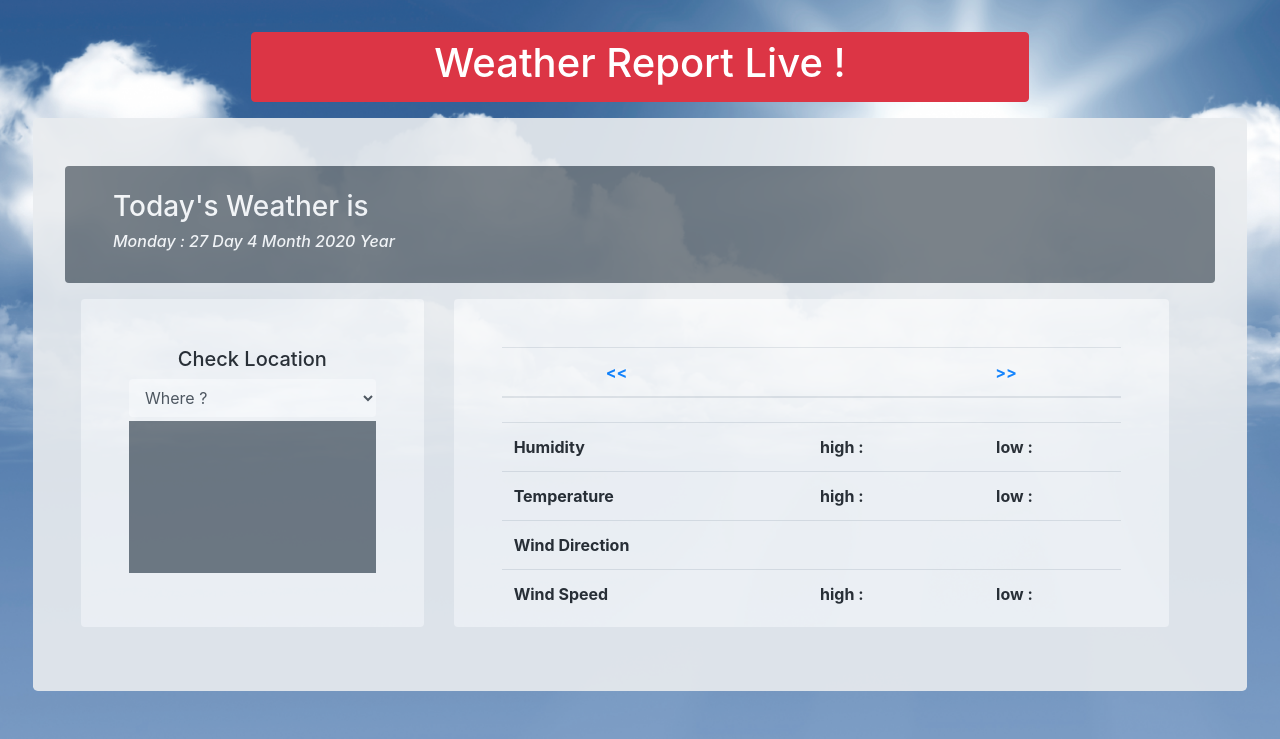
Repository: Code-Institute-Submissions/projectchen88-weatherForecast
Page: index.html
The author's editor kept a record of every edit. The page is drawn from the files as they stood at one moment, then again after the next edit.
The browser window is 1280 px wide. The pictures show the whole page.
The page's requests for data from a server got no answer.

Above is the page before.
Console error (its wording comes from the project's code and is left out).

### index.html
<!doctype html>
<html lang="en">

<head>
    <!-- Required meta tags -->
    <meta charset="utf-8">
    <meta name="viewport" content="width=device-width, initial-scale=1, shrink-to-fit=no">
    <!--AXIOS link-->
    <script src="https://unpkg.com/axios/dist/axios.min.js"></script>
    <!-- Bootstrap CSS -->
    <link rel="stylesheet" href="https://stackpath.bootstrapcdn.com/bootstrap/4.4.1/css/bootstrap.min.css" integrity="sha384-Vkoo8x4CGsO3+Hhxv8T/Q5PaXtkKtu6ug5TOeNV6gBiFeWPGFN9MuhOf23Q9Ifjh" crossorigin="anonymous">
    <!--Font Awesome-->
    <link rel="stylesheet" href="https://cdnjs.cloudflare.com/ajax/libs/font-awesome/4.7.0/css/font-awesome.min.css">
    <!--Custom CSS-->
    <link rel="stylesheet" href="styles/style.css" type="text/css" />
    <title>Hello, world!</title>
</head>

<body>
    <main id='main-page' class='container-fluid px-5 py-3'>
        <!--Header-->
        <div class="row">
            <div class="col-md-8 col-12 p-3 mx-auto">
                <span class='btn btn-danger w-100'><h1>Weather Report Live ! </h1></span>
            </div>
        </div>

        <!--Current Weather -->
        <div class="row jumbotron py-5">
            <div class="col-12 px-5 py-4 bg-secondary text-light rounded">
                <h3>Today's Weather is <span id='status'></span></h3>
                <h6 id='dateToday' class='font-italic'></h6>
            </div>
            <div id='display-section' class="col-12 p-3">
                <div class="box row">
                    <!--Check and display weather of location selected-->
                    <div class="box col-md-4 col-12 mx-auto text-center">
                        <div class="box p-5 bg-light rounded">
                            <h5>Check Location</h5>
                            <div>
                                <select class='form-control border-0' id="select">
                                    <option>Where ?</option>
                                </select>
                            </div>
                            <div class='mt-1 p-2 bg-secondary'>
                                <!--<p id='weather' class='font-bolder text-light'></p>   -->
                                <p class='p-5 bg-secondary text-light rounded font-weight-bolder' id='weather'>&nbsp</p>

                            </div>
                        </div>
                    </div>

                    <!--Display 4 days forecast-->
                    <div class="box col-md-8 col-12 mx-auto text-center">
                        <div class="box p-5 bg-light rounded">
                            <table class='table table-stripe '>
                                                <thead>
                                                    <tr>
                                                        <th colspan='5'>
                                                            <div class='d-flex justify-content-around'>
                                                            <div id='prev-day' class='text-primary'> << </div>
                                                            <span id='forecast-title'></span>
                                                            <div id='next-day' class='text-primary'> >> </div>
                                                            </div>
                                                        </th>
                                                    </tr>
                                                </thead>
                                                <tbody>
                                                    <tr>
                                                        <td id='forecast' colspan='5'></td>
                                                    </tr>
                                                    <tr>
                                                        <th class='text-left'>Humidity</th>
                                                        <th>high :</th>
                                                        <td id='humidity-high'></td>
                                                        <th>low :</th>
                                                        <td id='humidity-low'></td>
                                                    </tr>
                                                    <tr>
                                                        <th class='text-left'>Temperature</th>
                                                        <th>high :</th>
                                                        <td id='temperature-high'></td>
                                                        <th>low :</th>
                                                        <td id='temperature-low'></td>
                                                    </tr>
                                                    <tr>
                                                        <th class='text-left'>Wind Direction</th>
                                                        <td id='wind-direction' colspan='4'></td>
                                                    </tr>
                                                    <tr>
                                                        <th class='text-left'>Wind Speed</th>
                                                        <th>high :</th>
                                                        <td id='wind-speed-high'></td>
                                                        <th>low :</th>
                                                        <td id='wind-speed-low'></td>
                                                    </tr>
                                                </tbody>

                                            </table>
                        </div>


                    </div>
                </div>
            </div>


    </main>


    <!-- Optional JavaScript -->
    <!-- jQuery first, then Popper.js, then Bootstrap JS -->
    <script src="https://code.jquery.com/jquery-3.4.1.js" integrity="sha256-WpOohJOqMqqyKL9FccASB9O0KwACQJpFTUBLTYOVvVU=" crossorigin="anonymous"></script>
    <script src="https://cdn.jsdelivr.net/npm/popper.js@1.16.0/dist/umd/popper.min.js" integrity="sha384-Q6E9RHvbIyZFJoft+2mJbHaEWldlvI9IOYy5n3zV9zzTtmI3UksdQRVvoxMfooAo" crossorigin="anonymous"></script>
    <script src="https://stackpath.bootstrapcdn.com/bootstrap/4.4.1/js/bootstrap.min.js" integrity="sha384-wfSDF2E50Y2D1uUdj0O3uMBJnjuUD4Ih7YwaYd1iqfktj0Uod8GCExl3Og8ifwB6" crossorigin="anonymous"></script>
    <!--Custom JS script-->
    <script type="text/javascript" src="scripts/script.js"></script>
</body>

</html>

### scripts/script.js
/*  global $ axios */

var source1 = "https://api.data.gov.sg/v1/environment/2-hour-weather-forecast"
var source2 = "https://api.data.gov.sg/v1/environment/4-day-weather-forecast"
var forecastData =[]
var tempData =[]
var option =[]
var status


//AXIO TO GET DATA FROM JSON FILE (local)
function getForecast(callback) {
  axios.get(source1)
    .then(function(response) {
      let result = response.data;
      console.log(result)
      callback(result)
    })
}
function getTemp(callback) {
  axios.get(source2)
    .then(function(response) {
      let result = response.data.items[0].forecasts;
      console.log(result)
      callback(result)
    })
}
function displayDailyForecast( day ) {
  document.getElementById("forecast-title").innerHTML="Weather Forecast for date : " +tempData[day].date
  document.getElementById("forecast").innerHTML=tempData[day].forecast
  document.getElementById("humidity-high").innerHTML=tempData[day].relative_humidity.high
  document.getElementById("humidity-low").innerHTML=tempData[day].relative_humidity.low
  document.getElementById("temperature-high").innerHTML=tempData[day].temperature.high
  document.getElementById("temperature-low").innerHTML=tempData[day].temperature.low
  document.getElementById("wind-direction").innerHTML="The wind will be blowing in the "+tempData[day].wind.direction+" direction"
  document.getElementById("wind-speed-high").innerHTML=tempData[day].wind.speed.high
  document.getElementById("wind-speed-low").innerHTML=tempData[day].wind.speed.low

}
getTemp(function(data){
  tempData = data;
  tempData.count = 0 // tracker for the day result that is displayed
  displayDailyForecast (tempData.count)
  document.getElementById("forecast").innerHTML=tempData[0].forecast
})

getForecast( function(data) {
    forecastData = data
    status = forecastData.api_info.status
    document.getElementById("status").innerHTML = status;

    let forecastsArea = forecastData.items[0].forecasts

    var select = document.getElementById("select");
    for (let item in forecastsArea) {
      var el = document.createElement("option");
      el.textContent = forecastsArea[item].area;
      el.value = forecastsArea[item].area;
      select.appendChild(el);
    }
})

$ (function () {
  // $('#prev-day').hide();

  // Set the date of today to be displayed
  var d = new Date();
  var weekday = new Array(7);
  weekday[0] = "Sunday";
  weekday[1] = "Monday";
  weekday[2] = "Tuesday";
  weekday[3] = "Wednesday";
  weekday[4] = "Thursday";
  weekday[5] = "Friday";
  weekday[6] = "Saturday";
  var strDate = weekday[d.getDay()] + " : " + d.getDate() + " Day " + (d.getMonth()+1) + " Month " + d.getFullYear() + " Year " ;
  $('#dateToday').text(strDate)

  // Detect for change in option change in selection of area and display the weather
  $('#select').change(function(){
    // displayWeather()
    let forecastsArea = forecastData.items[0].forecasts
    for (let item in forecastsArea) {
      var select = $('#select').val()
      if (select == forecastsArea[item].area)
      $('#weather').text("The weather at "+ forecastsArea[item].area +" is expected to be "+forecastsArea[item].forecast)
    }
  })

  // Detect for change to view. forecast for next day
  $('#next-day').click( function () {
    if (tempData.count < 3) {
      tempData.count ++ ;
      displayDailyForecast(tempData.count)
      if (tempData.count >= 3) {
        // $('#next-day').hide()
      }
      $('#prev-day').text('<<')
    }
    else {
      $('#next-day').text('>>|')
    }
  })

  $('#prev-day').on('click', function () {
   if (tempData.count >= 0) {
      tempData.count -- ;
      displayDailyForecast(tempData.count)
      if (tempData.count <= 0 ) {
        $('#next-day').text(">>")
      }
      $('#prev-day').text('|<<')
    }
  })
})

Loaded but not shown: styles/style.css (common file)

After the next edit:
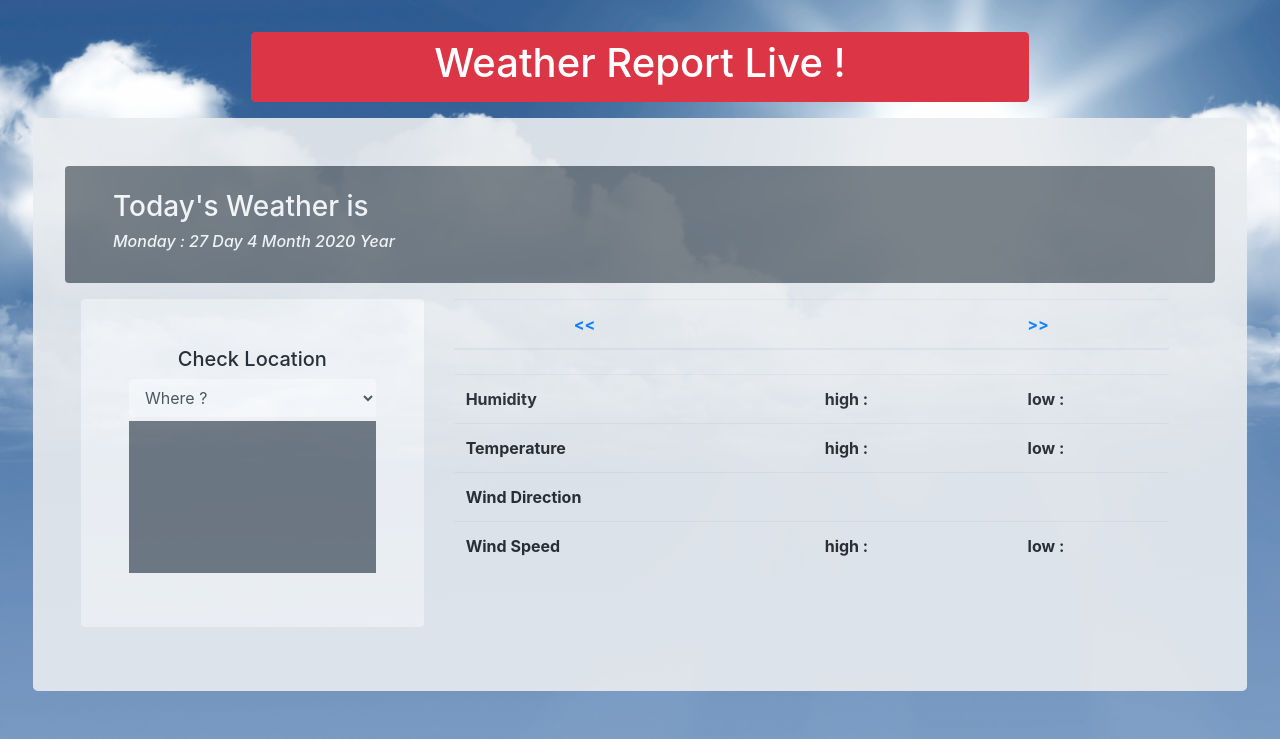
The edit:
--- a/index.html
+++ b/index.html
@@ -52,7 +52,6 @@
 
                     <!--Display 4 days forecast-->
                     <div class="box col-md-8 col-12 mx-auto text-center">
-                        <div class="box p-5 bg-light rounded">
                             <table class='table table-stripe '>
                                                 <thead>
                                                     <tr>
